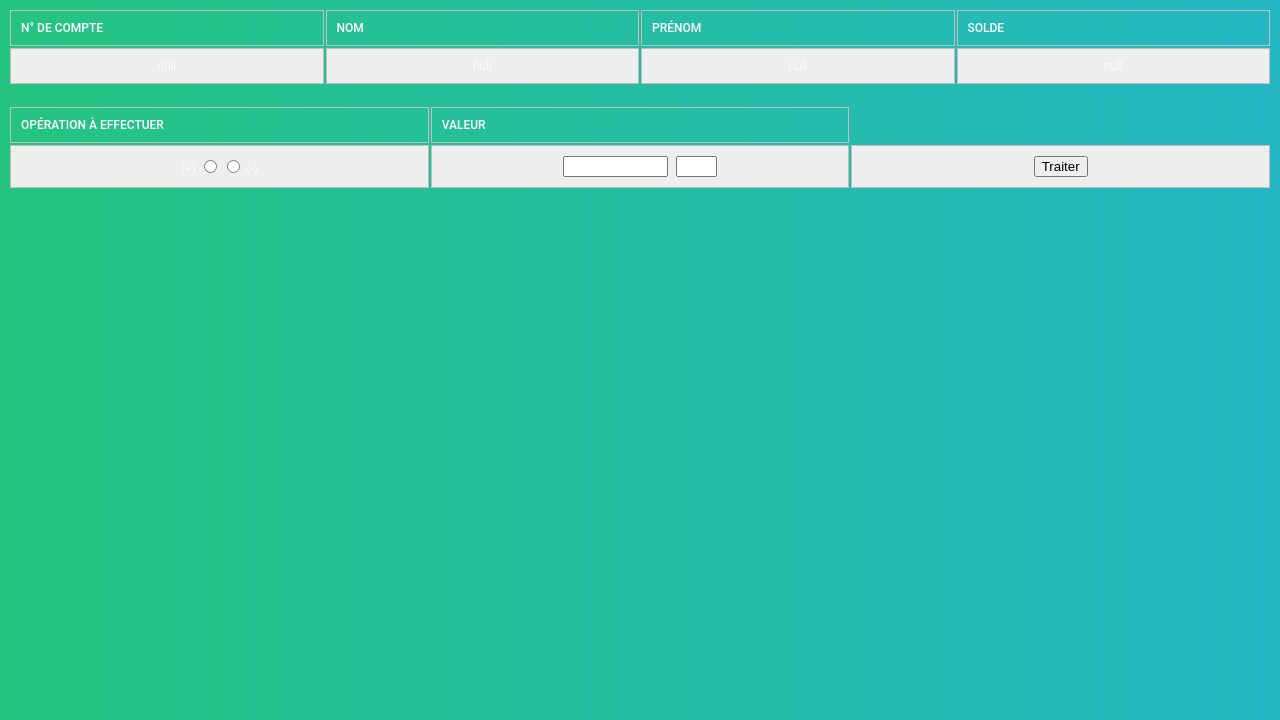
Repository: Jsisie/BanqueWeb
Page: http://localhost/BanqueWeb/JOperations.jsp
An editor plug-in stored every save of this project. The page is shown before and after the next save, followed by the edit.
The browser window is 1280 px wide. The pictures show the whole page.
The page is served by Tomcat 10.

Above is the page before, as saved 2022-12-13 21:38:49.

After the next save:
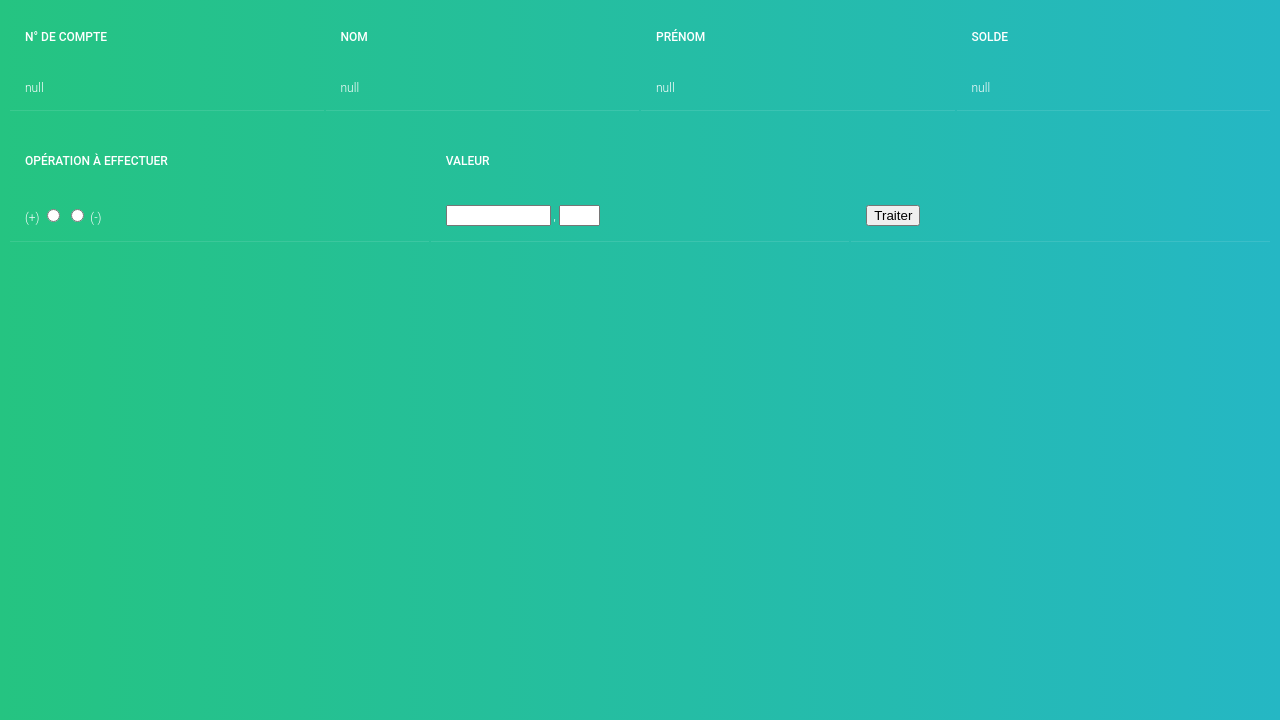
Saved 43 s later.
--- a/BanqueWeb/BanqueWeb/BanqueWeb/src/main/webapp/JOperations.jsp
+++ b/BanqueWeb/BanqueWeb/BanqueWeb/src/main/webapp/JOperations.jsp
@@ -97,7 +97,7 @@ section{
 ::-webkit-scrollbar-thumb {
     -webkit-box-shadow: inset 0 0 6px rgba(0,0,0,0.3);
 }
-td,
+/* td,
 th {
     border: 1px solid rgb(190, 190, 190);
     padding: 10px;
@@ -123,7 +123,7 @@ th[scope="row"] {
 caption {
     padding: 10px;
     caption-side: bottom;
-}
+} */
 
 /* table {
     border-collapse: collapse;
